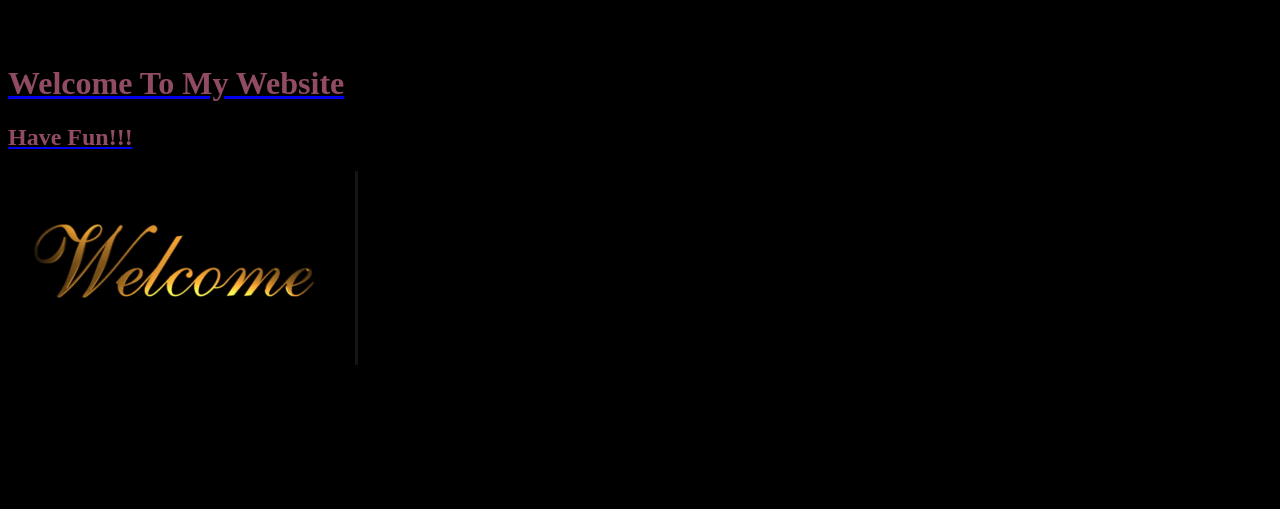
Repository: RyanGutierrez/RyanGutierrez.github.io
Page: index.html
The author's editor kept a record of every edit. The page is drawn from the files as they stood at one moment, then again after the next edit.
The browser window is 1280 px wide. The pictures show the whole page.

Above is the page before.

### index.html
<html>
<head>
    <title>Web Project </title>
    <style>

    h1{
    color:#914c63;
    }
    h2{
        color:#914c63;
    }
    body {
        background-color:black;
    }

    </style>
</head>
<body>

    <li><a href="about.html"</a></li>
    <li><a href="portfolio.html"</a></li>
    <h1>Welcome To My Website</h1>
    <h2>Have Fun!!!</h2>
    <img src="welcome.yeet.PNG" alt=welcome width=350px

</body>
</html>

After the next edit:
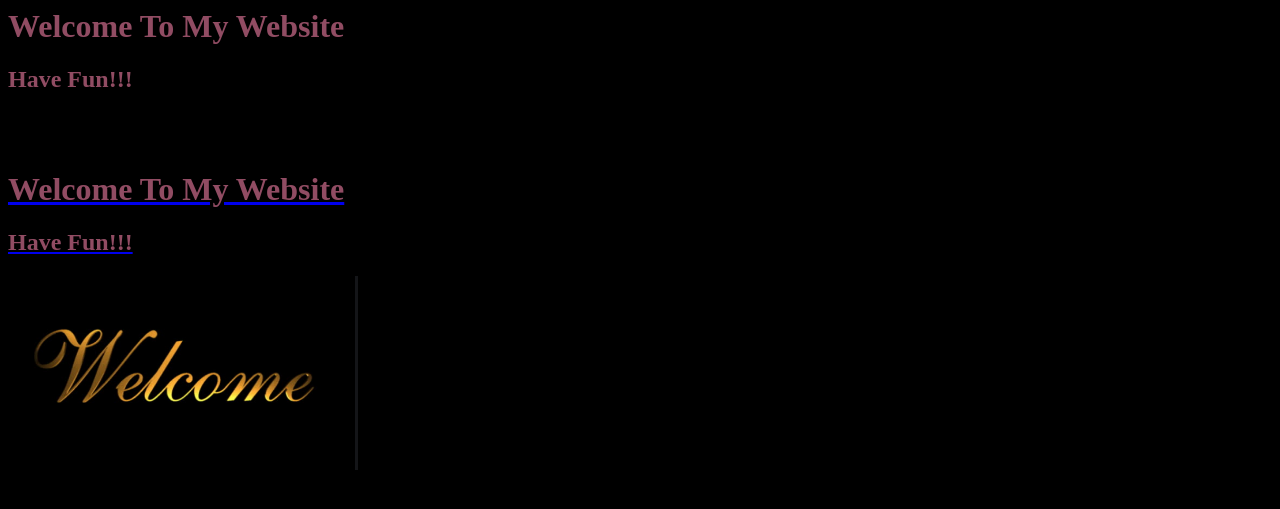
The edit:
--- a/index.html
+++ b/index.html
@@ -16,7 +16,8 @@
     </style>
 </head>
 <body>
-
+    <h1>Welcome To My Website</h1>
+    <h2>Have Fun!!!</h2>
     <li><a href="about.html"</a></li>
     <li><a href="portfolio.html"</a></li>
     <h1>Welcome To My Website</h1>
